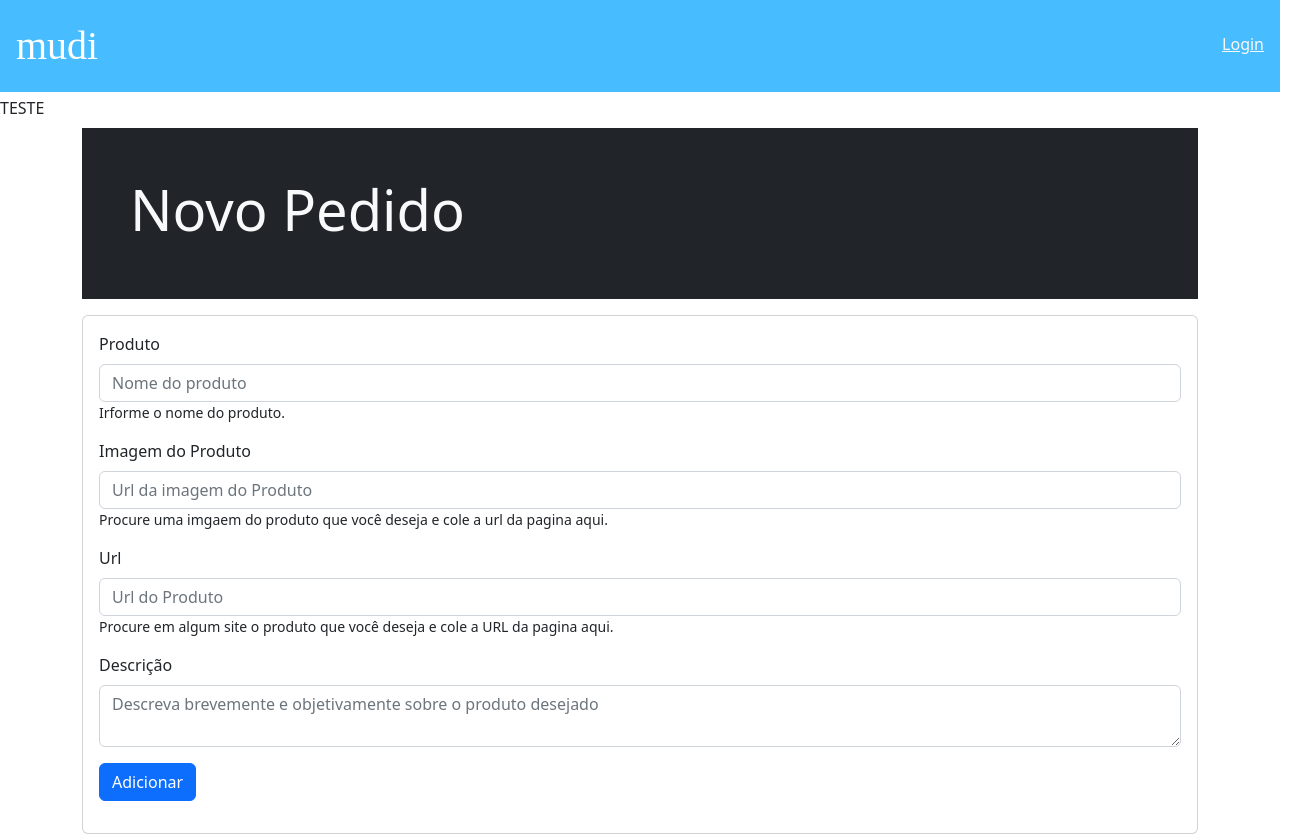
Repository: phfernands/projeto-curso-spring-mvc
Page: http://localhost/pedido/formulario
The author's editor kept a copy of each file at every save. The page is drawn from the files as they stood at one save, then again after the next save.
The browser window is 1280 px wide. The page is 1292 px wide, so the pictures cover 1292 px, including what lies to the right of the window. The pictures show the whole page.
Some web fonts or font styles are not loaded; a fallback is used. The page is this project's Thymeleaf template; nobody is signed in. The template is opened directly, without the code that normally fills it, so the values that code supplies are empty.

Above is the page before, as saved 2022-08-08 12:42:21.

After the next save:
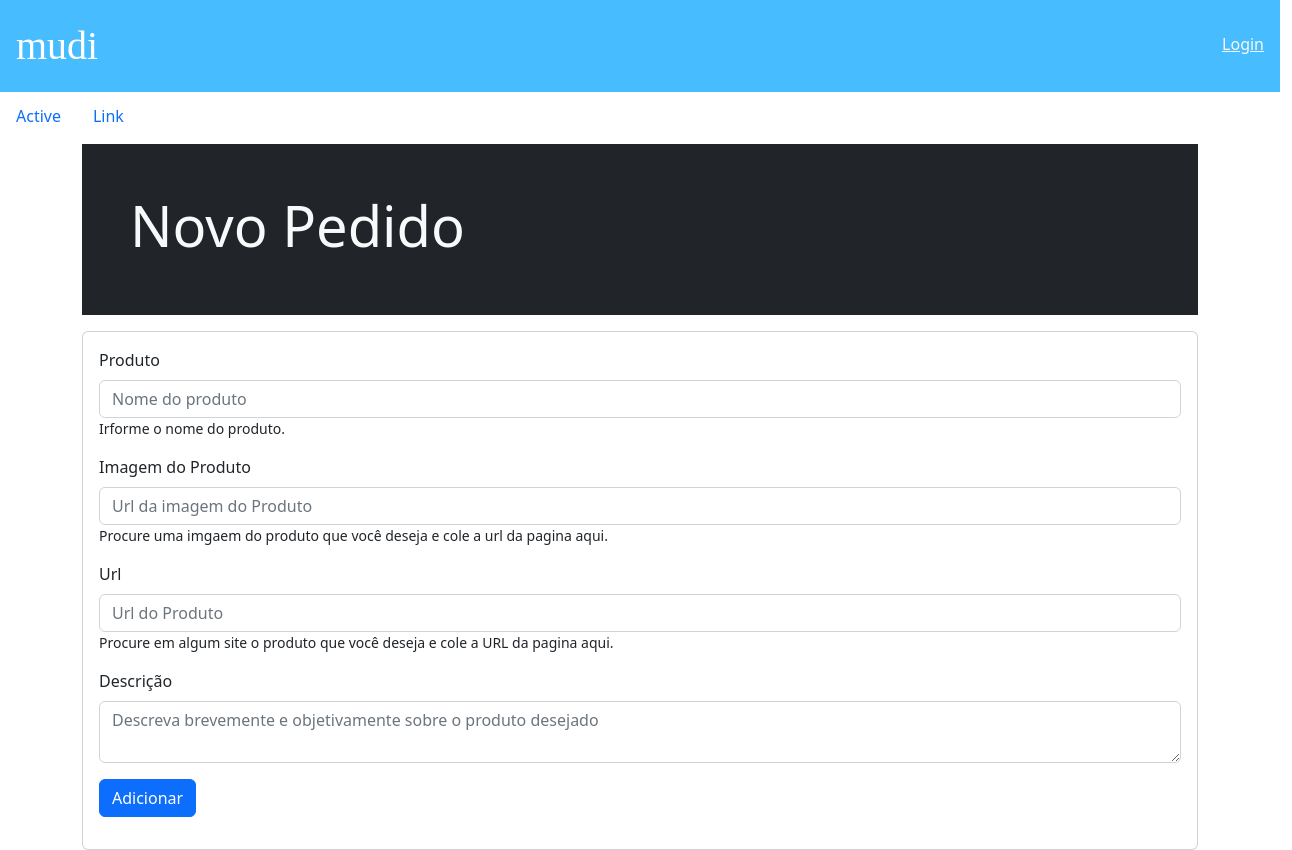
Saved 56 s later.
--- a/mudi/src/main/resources/templates/base.html
+++ b/mudi/src/main/resources/templates/base.html
@@ -27,7 +27,10 @@
 	</div>
 	<div class="row mb-2">
 		<div class="col">
-			TESTE
+			<nav class="nav">
+			  <a class="nav-link" aria-current="page" href="#">Active</a>
+			  <a class="nav-link" href="#">Link</a>
+			</nav>
 		</div>
 	</div>
 
